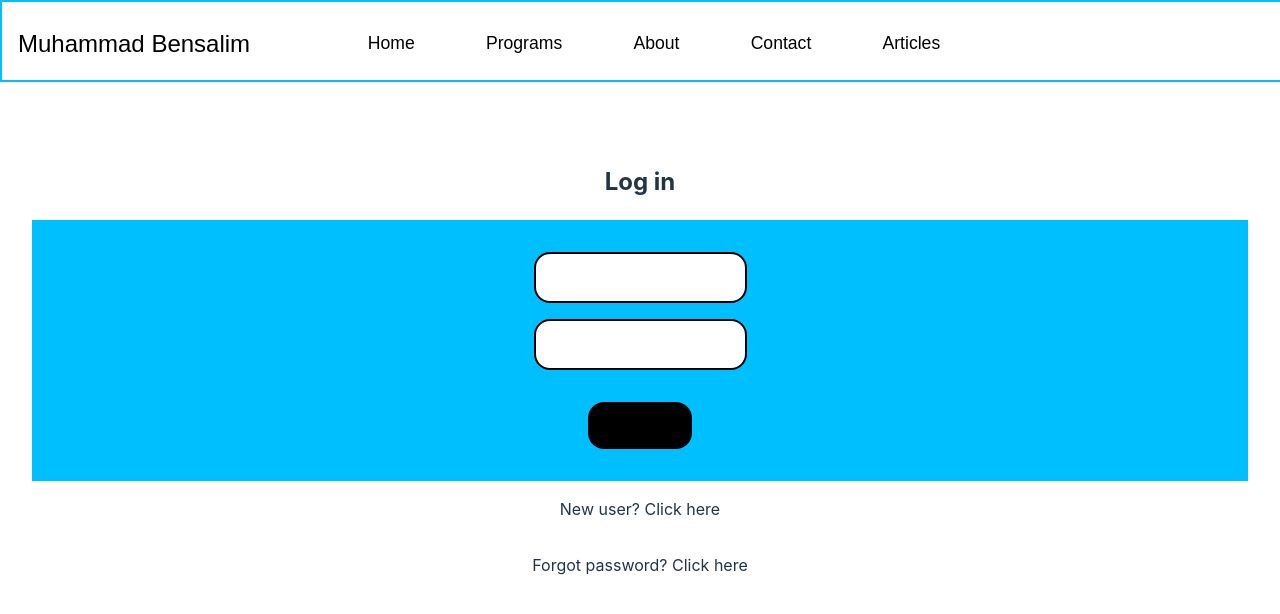
Repository: TMuse333/fitness_templates
Page: /progress
An editor plug-in stored every save of this project. The page is shown before and after the next save, followed by the edit.
The browser window is 1280 px wide. The pictures show the whole page.
The project was rebuilt for these pictures with package versions that can differ from the ones it lists, and the page was loaded fresh each time. Also part of the build but not shown: vite.config.js, src/components/herobanner/herobanner.css, src/components/herobanner/herobanner.jsx, src/components/about/about.css, src/components/about/about.jsx, src/components/serviceOffering/serviceOffering.css, src/components/serviceOffering/serviceOffering.jsx, src/data/data.js and 33 more. Imported but missing from the stored project, and not drawn on this page: src/media/best_dunk.mp4.

Above is the page before, as saved 2024-03-09 19:37:23.

After the next save:
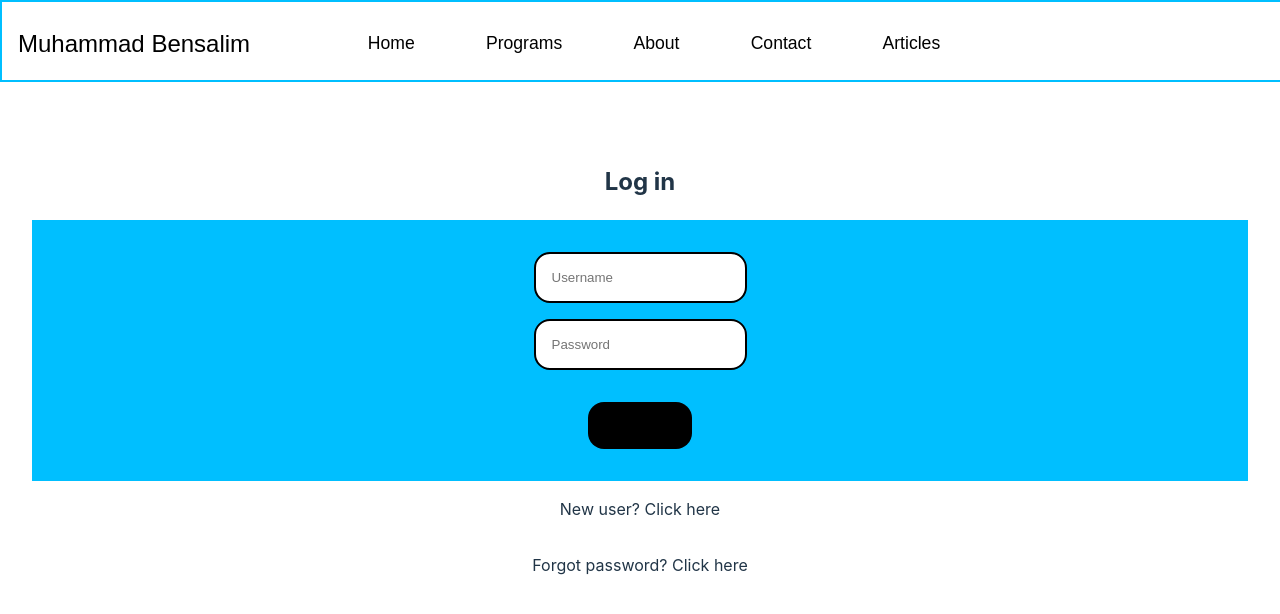
Saved 21 s later.
--- a/src/components/login/login.css
+++ b/src/components/login/login.css
@@ -20,6 +20,8 @@
     margin-top: 1rem;
 }
 
+.login-button
+
 .login-box input::placeholder {
     /* Style the placeholder text here */
     color: white;

After the save that followed:
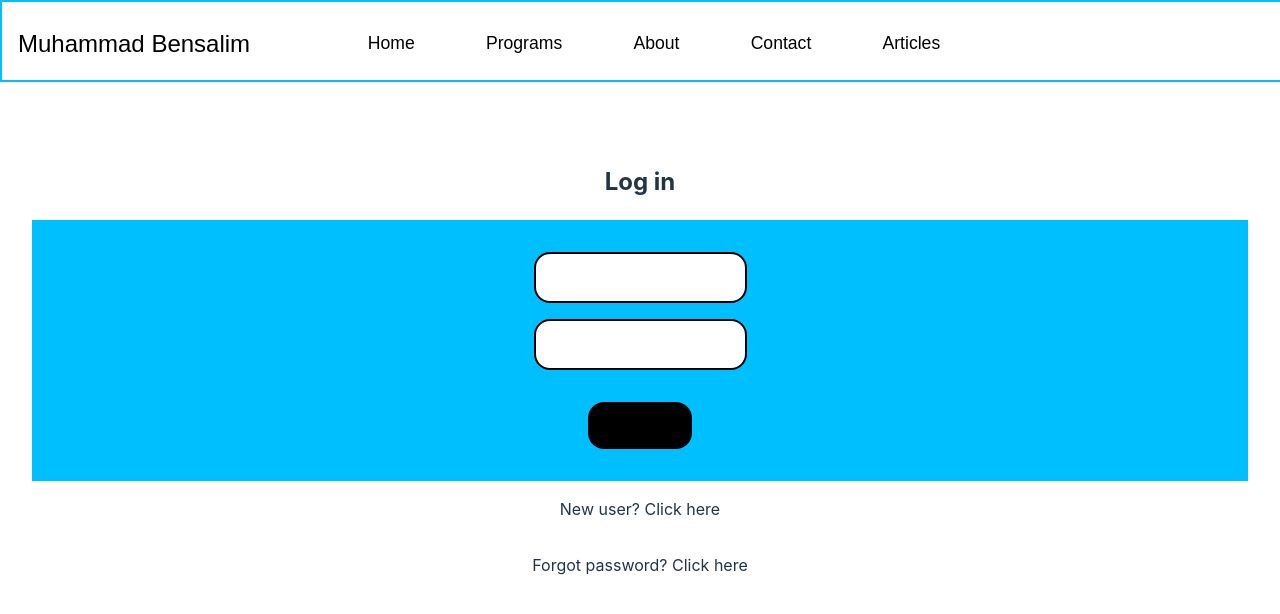
Saved 4 s later.
--- a/src/components/login/login.css
+++ b/src/components/login/login.css
@@ -20,7 +20,9 @@
     margin-top: 1rem;
 }
 
-.login-button
+.login-button:hover{
+
+}
 
 .login-box input::placeholder {
     /* Style the placeholder text here */
